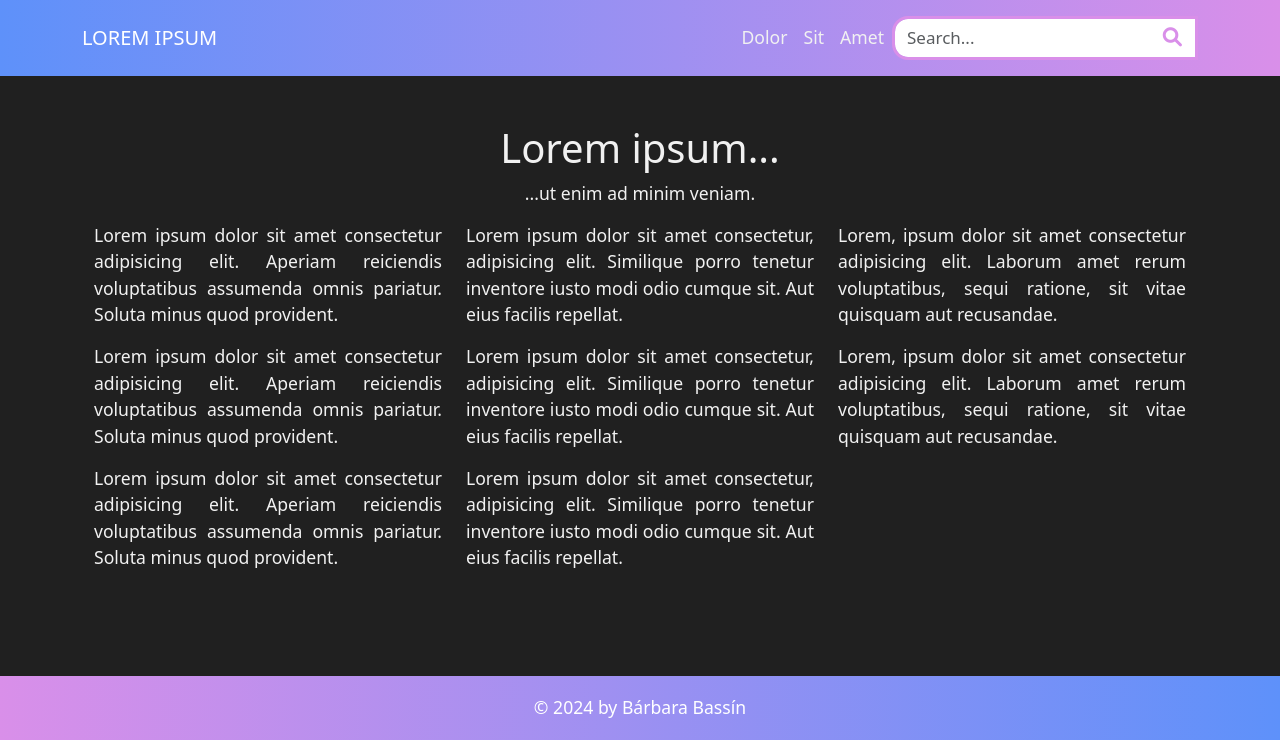
Repository: romancegirl/responsiveness
Page: index.html
These files come from the project's save history. The page is drawn as it stood at one moment and after the next save; the edit follows.
The browser window is 1280 px wide. The pictures show the whole page.

Above is the page before, as saved 2024-11-19 20:49:04.

### index.html
<!DOCTYPE html>
<html lang="en">

<head>
    <meta charset="UTF-8">
    <meta name="viewport" content="width=device-width, initial-scale=1.0">
    <title>Responsiveness - Bárbara Bassín</title>
    <link href="https://cdn.jsdelivr.net/npm/bootstrap@5.3.0/dist/css/bootstrap.min.css" rel="stylesheet">
    <link rel="stylesheet" href="https://cdnjs.cloudflare.com/ajax/libs/font-awesome/6.0.0-beta3/css/all.min.css">
    <link rel="stylesheet" href="css/header-and-footer.css">
    <link rel="stylesheet" href="css/styles.css">
</head>

<body>
    <!-- Header -->
    <header class="py-2">
        <div class="container d-flex align-items-center" id="profile">
            <h5 class="m-0">LOREM IPSUM</h5>
            <nav class="navbar navbar-expand-lg flex-grow-1">
                <button class="navbar-toggler" type="button" data-bs-toggle="collapse" data-bs-target="#navbarNav"
                    aria-controls="navbarNav" aria-expanded="false" aria-label="Toggle navigation">
                    <i class="fas fa-bars"></i>
                </button>
                <div class="collapse navbar-collapse" id="navbarNav">
                    <ul class="navbar-nav">
                        <li class="nav-item"><a class="nav-link">Dolor</a></li>
                        <li class="nav-item"><a class="nav-link">Sit</a></li>
                        <li class="nav-item"><a class="nav-link">Amet</a></li>
                        <div class="search-container">
                            <form action="/action_page.php">
                                <div class="input-group">
                                    <input type="text" class="form-control" placeholder="Search..." name="search">
                                    <button type="submit" class="btn">
                                        <i class="fa fa-search"></i>
                                    </button>
                                </div>
                            </form>
                        </div>
                    </ul>

                </div>
            </nav>
        </div>
    </header>



    <!-- Main -->
    <main class="container my-5">
        <div>
            <h1>Lorem ipsum...</h1>
            <div id="textCarousel" class="carousel slide" data-bs-ride="carousel" data-bs-interval="2000">
                <div class="carousel-inner">
                    <div class="carousel-item active">
                        <p>...olor sit amet, consectetur adipiscing elit...</p>
                    </div>
                    <div class="carousel-item">
                        <p>...sed do eiusmod tempor incididunt ut labore...</p>
                    </div>
                    <div class="carousel-item">
                        <p>...ut enim ad minim veniam.</p>
                    </div>
                </div>
            </div>
        </div>



        <div class="container">

<div class="row">
    <div class="col-3"></div>
    <div class="col-9"></div>

</div>

            <div class="row">
                <div class="col-6 col-md-4 paragraph">Lorem ipsum dolor sit amet consectetur adipisicing elit. Aperiam
                    reiciendis
                    voluptatibus assumenda omnis pariatur. Soluta minus quod provident.</div>
                <div class="col-6 col-md-4 paragraph">Lorem ipsum dolor sit amet consectetur, adipisicing elit.
                    Similique porro
                    tenetur inventore iusto modi odio cumque sit. Aut eius facilis repellat.</div>
                <div class="col-6 col-md-4 paragraph">Lorem, ipsum dolor sit amet consectetur adipisicing elit. Laborum
                    amet rerum
                    voluptatibus, sequi ratione, sit vitae quisquam aut recusandae.</div>
                <div class="col-6 col-md-4 paragraph">Lorem ipsum dolor sit amet consectetur adipisicing elit. Aperiam
                    reiciendis
                    voluptatibus assumenda omnis pariatur. Soluta minus quod provident.</div>
                <div class="col-6 col-md-4 paragraph">Lorem ipsum dolor sit amet consectetur, adipisicing elit.
                    Similique porro
                    tenetur inventore iusto modi odio cumque sit. Aut eius facilis repellat.</div>
                <div class="col-6 col-md-4 paragraph">Lorem, ipsum dolor sit amet consectetur adipisicing elit. Laborum
                    amet rerum
                    voluptatibus, sequi ratione, sit vitae quisquam aut recusandae.</div>
                <div class="col-6 col-md-4 paragraph">Lorem ipsum dolor sit amet consectetur adipisicing elit. Aperiam
                    reiciendis
                    voluptatibus assumenda omnis pariatur. Soluta minus quod provident.</div>
                <div class="col-6 col-md-4 paragraph">Lorem ipsum dolor sit amet consectetur, adipisicing elit.
                    Similique porro
                    tenetur inventore iusto modi odio cumque sit. Aut eius facilis repellat.</div>
            </div>
        </div>



    </main>

    <!-- Footer -->
    <footer class="bg-dark text-center py-2">
        <div>&copy; 2024 by Bárbara Bassín</div>
    </footer>
    <script src="js/script.js"></script>
    <script src="https://cdn.jsdelivr.net/npm/bootstrap@5.3.0/dist/js/bootstrap.bundle.min.js"></script>
</body>

</html>

### css/header-and-footer.css
header {
    background: linear-gradient(to right, #5E91FA, #d98fe9);
    color: #fff;
    position: relative;
}

main {
    min-height: 70vh;
    padding-bottom: 1rem;
    box-sizing: border-box;
}

a.nav-link {
    color: #f1f1f1;
}

a.nav-link:hover {
    color: #f6c7de;
    transition: color 0.3s, text-shadow 0.3s;
    transform: scale(1.05);
}

.search-container {
    display: flex;
    justify-content: center;
    align-items: center;
    position: relative;
}

.input-group .form-control {
    padding-right: 2.5rem;
    font-size: 17px;
    border: 0.2rem solid #d98fe9;
    border-radius: 1rem;
}

.input-group .btn {
    position: absolute;
    right: 1rem;
        top: 50%;
    transform: translateY(-50%);
    background-color: transparent;
    border: none;
    padding: 0;
    cursor: pointer;
}

.input-group .btn .fa-search {
    color: #d98fe9;
    font-size: 1.2rem;
}



/* navbar-toggle */

.navbar-toggler {
    border-color: #fff;
}

.navbar-toggler .fas {
    color: #fff;
    /* Cambia el color del ícono */
}

.navbar-collapse {
    justify-content: flex-end;
}

.navbar-toggler:hover {
    cursor: pointer;
}

.navbar-toggler:focus {
    outline: none;
    box-shadow: none;
}

@media (max-width: 995px) {

    .navbar-collapse {
        display: none;
        position: absolute;
        top: 134%;
        left: -55px;
        width: 100%;
        z-index: 999;
        flex-direction: column-reverse;
        align-items: center;
    }

    .navbar-collapse.show {
        display: flex;
    }

    .navbar-nav {
        background: linear-gradient(to right, #5e92fae0, #d98fe9dc);
        color: #fff;
        padding: 1.5rem;
        border-radius: 0 0 100px 100px;
        font-weight: bold;
        text-align: center;
    }

    .navbar-nav:hover {
        cursor: pointer;

    }

    a.nav-link:hover {
        color: #f6c7de;
        transition: color 0.3s, text-shadow 0.3s;
        transform: scale(1.05);
    }

    .navbar-nav .nav-item {
        margin: 10px 0;
    }

    .navbar a,
    .navbar input[type=text] {
        float: none;
        display: block;
        text-align: left;
        width: 100%;
        margin: 0;
        padding: 0.5rem;
    }

    .navbar .search-container {
        float: none;
    }

    .navbar a,
    .navbar input[type=text],
    .navbar .search-container button {
        float: none;
        display: block;
        text-align: left;
        width: 100%;
        margin: 0;
        padding: 0.2rem;
    }

    .navbar input[type=text] {
        border-radius: 0.2rem;
        border: 0.2rem solid #b556db98;
    }

}

footer {
    background: linear-gradient(to right, #d98fe9, #5E91FA);
    color: #fff;
    bottom: 0;
    min-height: 4rem;
    display: flex;
    justify-content: center;
    align-items: center;
}

### css/styles.css
body {
    background-color: #202020;
    color: #f1f1f1;
    font-size: 110%;
}

/* Profile and resume */

.profile-photo {
    width: 250px;
    height: 250px;
    border: #a5c3ffcd;
    border-style: double;
    border-width: 5px;
    border-radius: 70px;
    display: flex;
    justify-content: center;
    align-items: center;
    overflow: hidden;
    /* Oculta cualquier parte de la imagen que se desborde */
    float: right;
}

/* titles */

h1 {
    text-align: center;
}

h2,
h3,
h4 {
    background: linear-gradient(#d98fe9, #5E91FA);
    -webkit-background-clip: text;
    background-clip: text;
    -webkit-text-fill-color: transparent;
}

h5 {
    margin: 0;
}

/* General */

#textCarousel {
    width: 40rem;
    margin: auto;
}

p {
    text-align: center;
}

.row {
    text-align: justify;
}

.paragraph {
margin-bottom: 1rem;
}

/* Responsiveness */

.title-small,
.title-x-small {
    display: none;
}

@media screen and (max-width: 1400px) {

    .title-large,
    .title-x-small {
        display: none;
    }

    .title-small {
        display: block;
    }
}

@media screen and (max-width: 768px) {

    .title-large,
    .title-small {
        display: none;
    }

    .title-x-small {
        display: block;
        text-align: center;

    }

    #textCarousel {
        max-width: 90%; /* Usa un tamaño relativo en lugar de fijo */
    }
}

### js/script.js
document.addEventListener('click', function(event) {
    var navbar = document.querySelector('.navbar-collapse');
    var toggler = document.querySelector('.navbar-toggler');

    // Si el menú está abierto y se hace clic fuera de él, lo cierra
    if (navbar.classList.contains('show') && !navbar.contains(event.target) && !toggler.contains(event.target)) {
        var bsCollapse = new bootstrap.Collapse(navbar, {
            toggle: false
        });
        bsCollapse.hide();
    }
});

// Cerrar el menú automáticamente al hacer clic en cualquier enlace
var navLinks = document.querySelectorAll('.nav-link');
navLinks.forEach(function(link) {
    link.addEventListener('click', function() {
        var navbar = document.querySelector('.navbar-collapse');
        var bsCollapse = new bootstrap.Collapse(navbar, {
            toggle: false
        });
        bsCollapse.hide();
    });
});

After the next save:
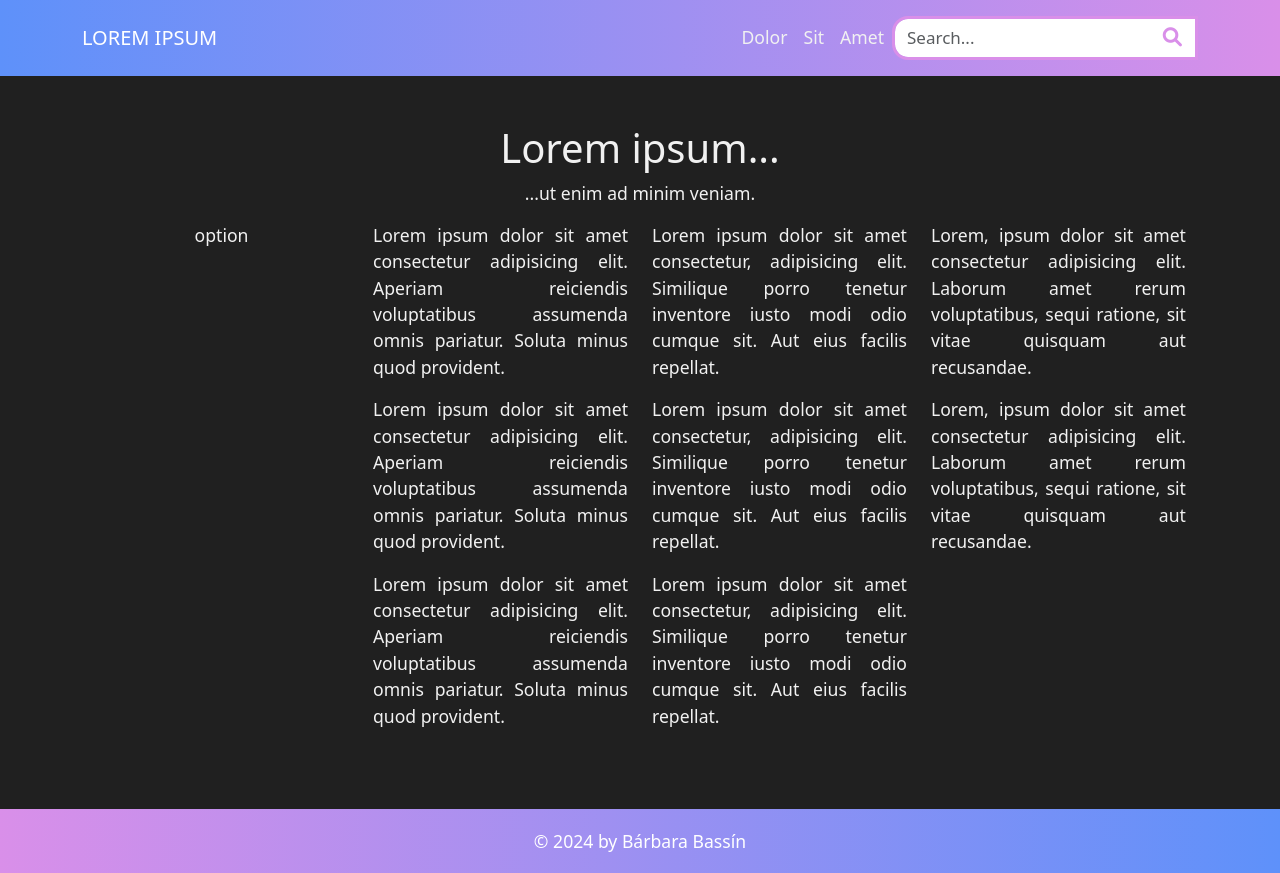
Saved 31 s later.
--- a/index.html
+++ b/index.html
@@ -69,37 +69,42 @@
         <div class="container">
 
 <div class="row">
-    <div class="col-3"></div>
-    <div class="col-9"></div>
+    <div class="col-3"><p>option</p></div>
+
+
+
+    <div class="col-9">
+        <div class="row">
+            <div class="col-6 col-md-4 paragraph">Lorem ipsum dolor sit amet consectetur adipisicing elit. Aperiam
+                reiciendis
+                voluptatibus assumenda omnis pariatur. Soluta minus quod provident.</div>
+            <div class="col-6 col-md-4 paragraph">Lorem ipsum dolor sit amet consectetur, adipisicing elit.
+                Similique porro
+                tenetur inventore iusto modi odio cumque sit. Aut eius facilis repellat.</div>
+            <div class="col-6 col-md-4 paragraph">Lorem, ipsum dolor sit amet consectetur adipisicing elit. Laborum
+                amet rerum
+                voluptatibus, sequi ratione, sit vitae quisquam aut recusandae.</div>
+            <div class="col-6 col-md-4 paragraph">Lorem ipsum dolor sit amet consectetur adipisicing elit. Aperiam
+                reiciendis
+                voluptatibus assumenda omnis pariatur. Soluta minus quod provident.</div>
+            <div class="col-6 col-md-4 paragraph">Lorem ipsum dolor sit amet consectetur, adipisicing elit.
+                Similique porro
+                tenetur inventore iusto modi odio cumque sit. Aut eius facilis repellat.</div>
+            <div class="col-6 col-md-4 paragraph">Lorem, ipsum dolor sit amet consectetur adipisicing elit. Laborum
+                amet rerum
+                voluptatibus, sequi ratione, sit vitae quisquam aut recusandae.</div>
+            <div class="col-6 col-md-4 paragraph">Lorem ipsum dolor sit amet consectetur adipisicing elit. Aperiam
+                reiciendis
+                voluptatibus assumenda omnis pariatur. Soluta minus quod provident.</div>
+            <div class="col-6 col-md-4 paragraph">Lorem ipsum dolor sit amet consectetur, adipisicing elit.
+                Similique porro
+                tenetur inventore iusto modi odio cumque sit. Aut eius facilis repellat.</div>
+        </div>
+    </div>
 
 </div>
 
-            <div class="row">
-                <div class="col-6 col-md-4 paragraph">Lorem ipsum dolor sit amet consectetur adipisicing elit. Aperiam
-                    reiciendis
-                    voluptatibus assumenda omnis pariatur. Soluta minus quod provident.</div>
-                <div class="col-6 col-md-4 paragraph">Lorem ipsum dolor sit amet consectetur, adipisicing elit.
-                    Similique porro
-                    tenetur inventore iusto modi odio cumque sit. Aut eius facilis repellat.</div>
-                <div class="col-6 col-md-4 paragraph">Lorem, ipsum dolor sit amet consectetur adipisicing elit. Laborum
-                    amet rerum
-                    voluptatibus, sequi ratione, sit vitae quisquam aut recusandae.</div>
-                <div class="col-6 col-md-4 paragraph">Lorem ipsum dolor sit amet consectetur adipisicing elit. Aperiam
-                    reiciendis
-                    voluptatibus assumenda omnis pariatur. Soluta minus quod provident.</div>
-                <div class="col-6 col-md-4 paragraph">Lorem ipsum dolor sit amet consectetur, adipisicing elit.
-                    Similique porro
-                    tenetur inventore iusto modi odio cumque sit. Aut eius facilis repellat.</div>
-                <div class="col-6 col-md-4 paragraph">Lorem, ipsum dolor sit amet consectetur adipisicing elit. Laborum
-                    amet rerum
-                    voluptatibus, sequi ratione, sit vitae quisquam aut recusandae.</div>
-                <div class="col-6 col-md-4 paragraph">Lorem ipsum dolor sit amet consectetur adipisicing elit. Aperiam
-                    reiciendis
-                    voluptatibus assumenda omnis pariatur. Soluta minus quod provident.</div>
-                <div class="col-6 col-md-4 paragraph">Lorem ipsum dolor sit amet consectetur, adipisicing elit.
-                    Similique porro
-                    tenetur inventore iusto modi odio cumque sit. Aut eius facilis repellat.</div>
-            </div>
+
         </div>
 
 
